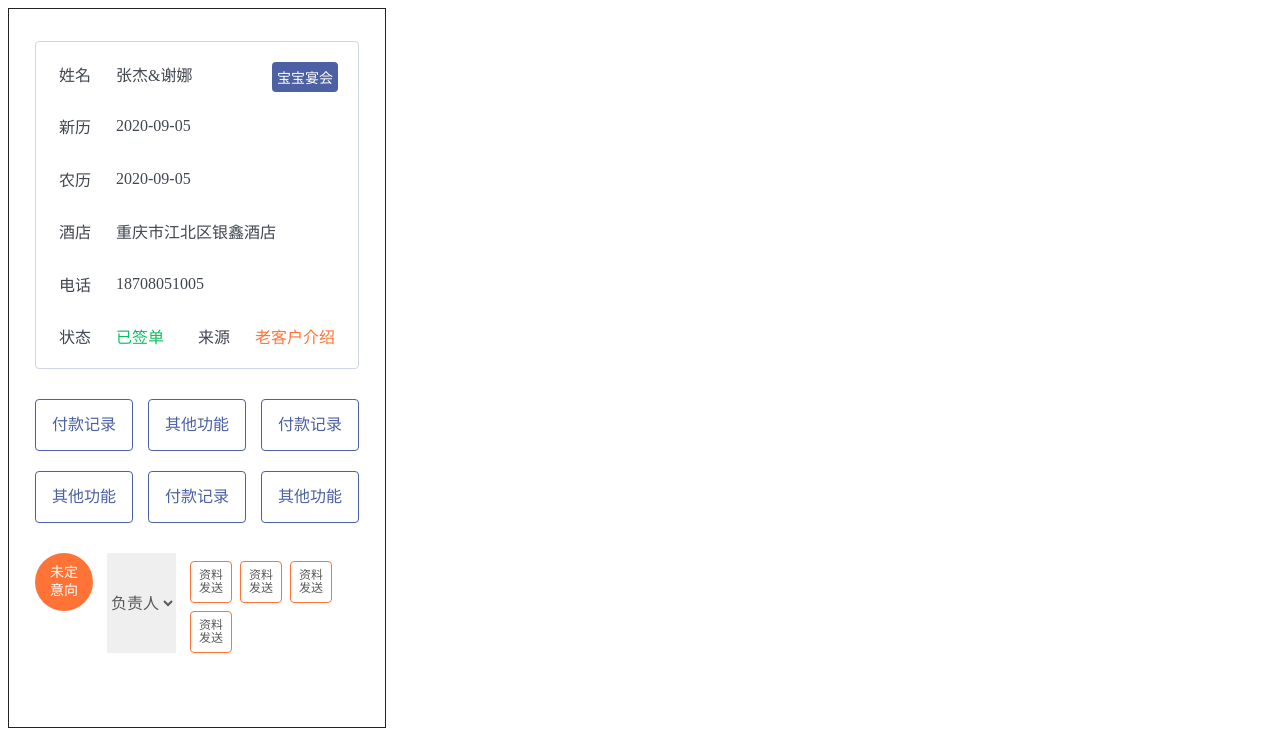
Repository: Lairuola/wedding-1
Page: index.html
The author's editor kept a copy of each file at every save. The page is drawn from the files as they stood at one save, then again after the next save.
The browser window is 1280 px wide. The pictures show the whole page.

Above is the page before, as saved 2020-12-17 14:23:15.

After the next save:
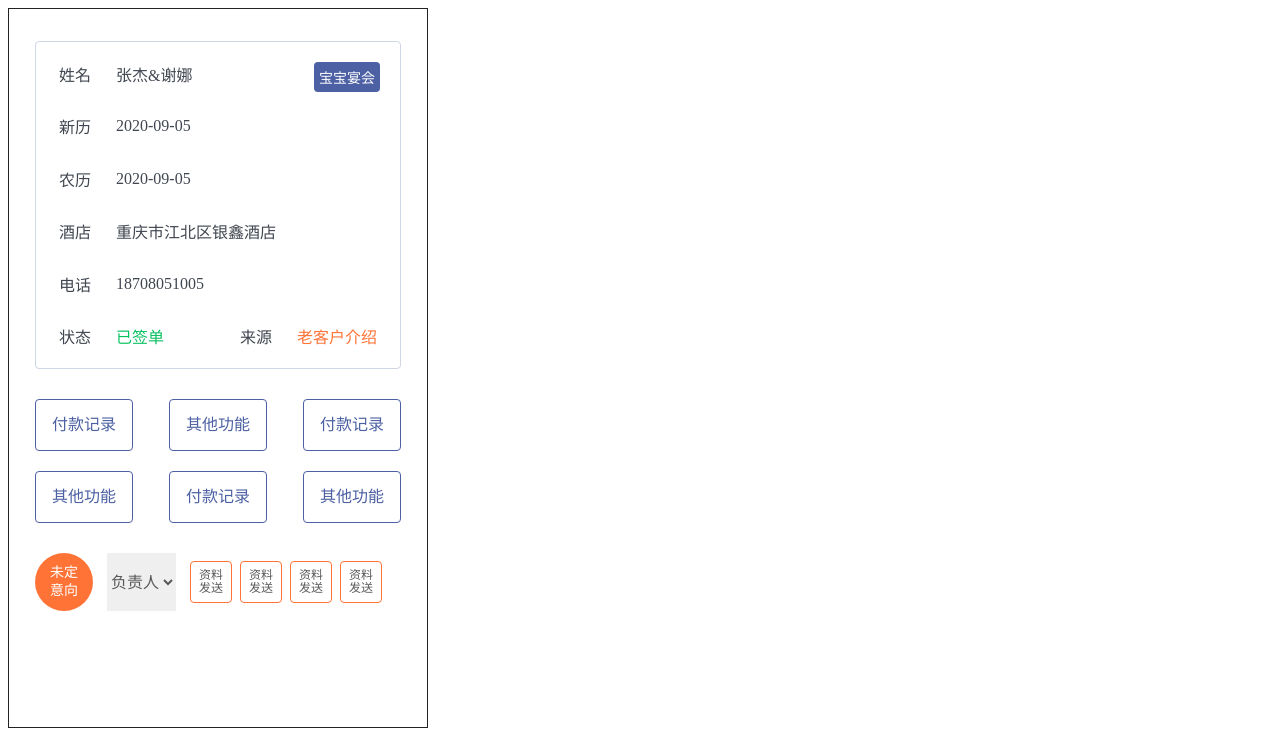
Saved 4 min 2 s later.
--- a/index.html
+++ b/index.html
@@ -2,7 +2,7 @@
  * @Author       : 濑若拉
  * @Date         : 2020-12-17 10:22:14
  * @LastEditors  : 濑若拉
- * @LastEditTime : 2020-12-17 14:23:15
+ * @LastEditTime : 2020-12-17 14:27:17
  * @FilePath     : /slidebar/index.html
 -->
 
@@ -16,7 +16,7 @@
   <title>Document</title>
   <style>
     .slide-left {
-      width: 378px;
+      width: 420px;
       height: 100vh;
       box-sizing: border-box;
       padding: 32px 26px;
